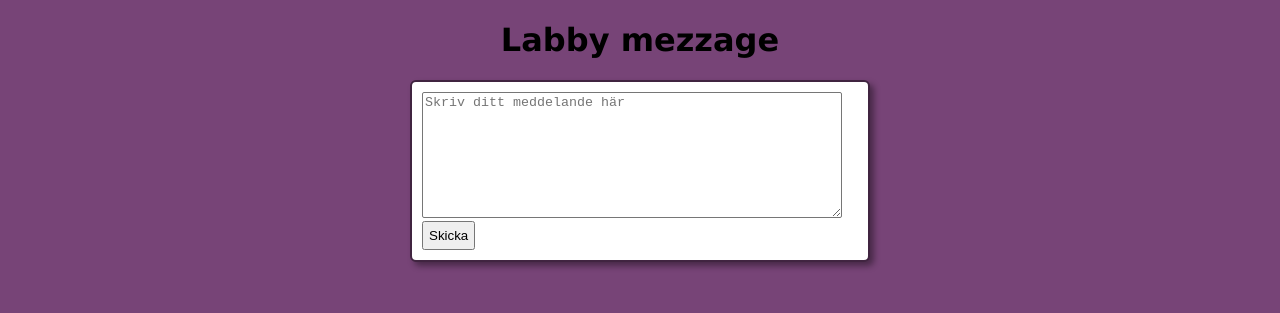
Repository: jk222rp/1dv403-laborationer
Page: 2-labbymezzage/index.html
The author's editor kept a record of every edit. The page is drawn from the files as they stood at one moment, then again after the next edit.
The browser window is 1280 px wide. The pictures show the whole page.

Above is the page before.

After the next edit:
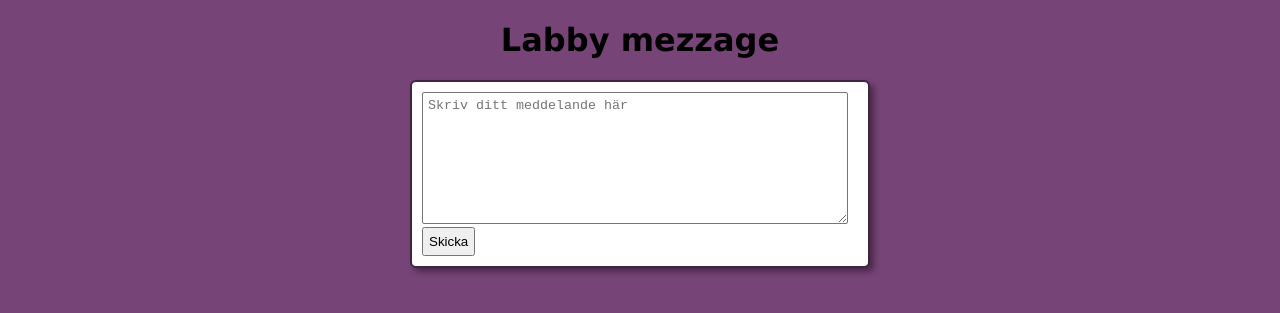
The edit:
--- a/2-labbymezzage/css/style.css
+++ b/2-labbymezzage/css/style.css
@@ -97,7 +97,7 @@
     width: calc(100% - 22px);
     border-radius: 2px;
     height: 120px;
-    padding: 2px;
+    padding: 5px;
 }
 
 button {
